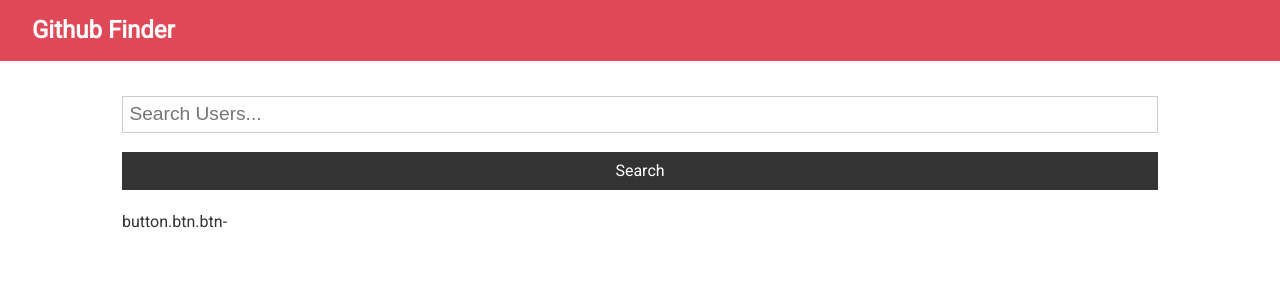
Repository: lamilekan263/githu_finder
Page: /
The author's editor kept a copy of each file at every save. The page is drawn from the files as they stood at one save, then again after the next save.
The browser window is 1280 px wide. The pictures show the whole page.
The project was rebuilt for these pictures with package versions that can differ from the ones it lists, and the page was loaded fresh each time. Also part of the build but not shown: src/component/spinner.jsx, src/component/UserProfile/Userprofile.jsx.

Above is the page before, as saved 2020-07-22 13:58:35.

After the next save:
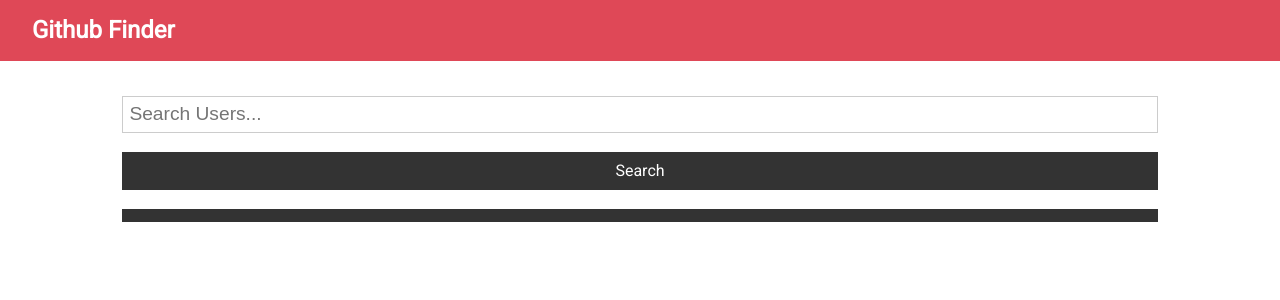
Saved 8 s later.
--- a/src/component/UserProfile/Search.jsx
+++ b/src/component/UserProfile/Search.jsx
@@ -26,7 +26,9 @@
                     <input type="text" name="text" placeholder="Search Users..." onChange={this.onChange} value={this.state.text}/>
                     <input type="submit" value="Search" className="btn btn-dark btn-block"/>
                 </form>
-                button.btn.btn-
+                <button className="btn btn-dark btn-block">
+
+                </button>
             </div>
         )
     }

After the 3 saves that followed:
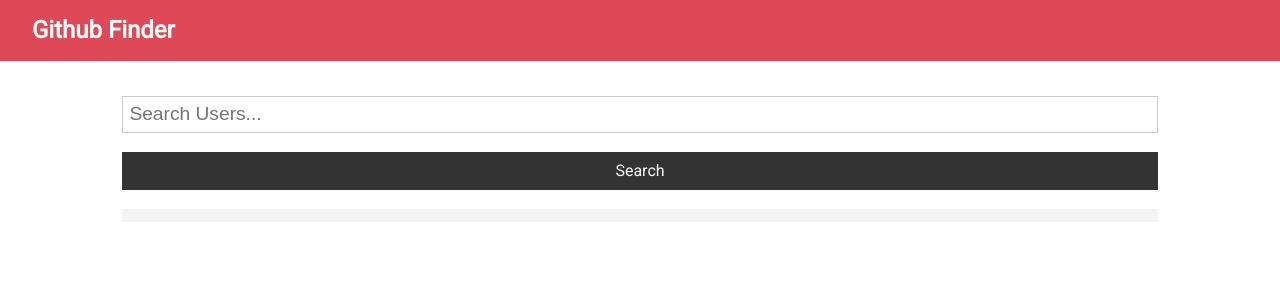
The 3 saves are shown as one change because 1 left the picture as it was and some came seconds apart.
The last was saved 8 min 12 s later.
--- a/src/component/UserProfile/Search.jsx
+++ b/src/component/UserProfile/Search.jsx
@@ -26,9 +26,7 @@
                     <input type="text" name="text" placeholder="Search Users..." onChange={this.onChange} value={this.state.text}/>
                     <input type="submit" value="Search" className="btn btn-dark btn-block"/>
                 </form>
-                <button className="btn btn-dark btn-block">
-
-                </button>
+                <button className="btn btn-light btn-block"></button>
             </div>
         )
     }
